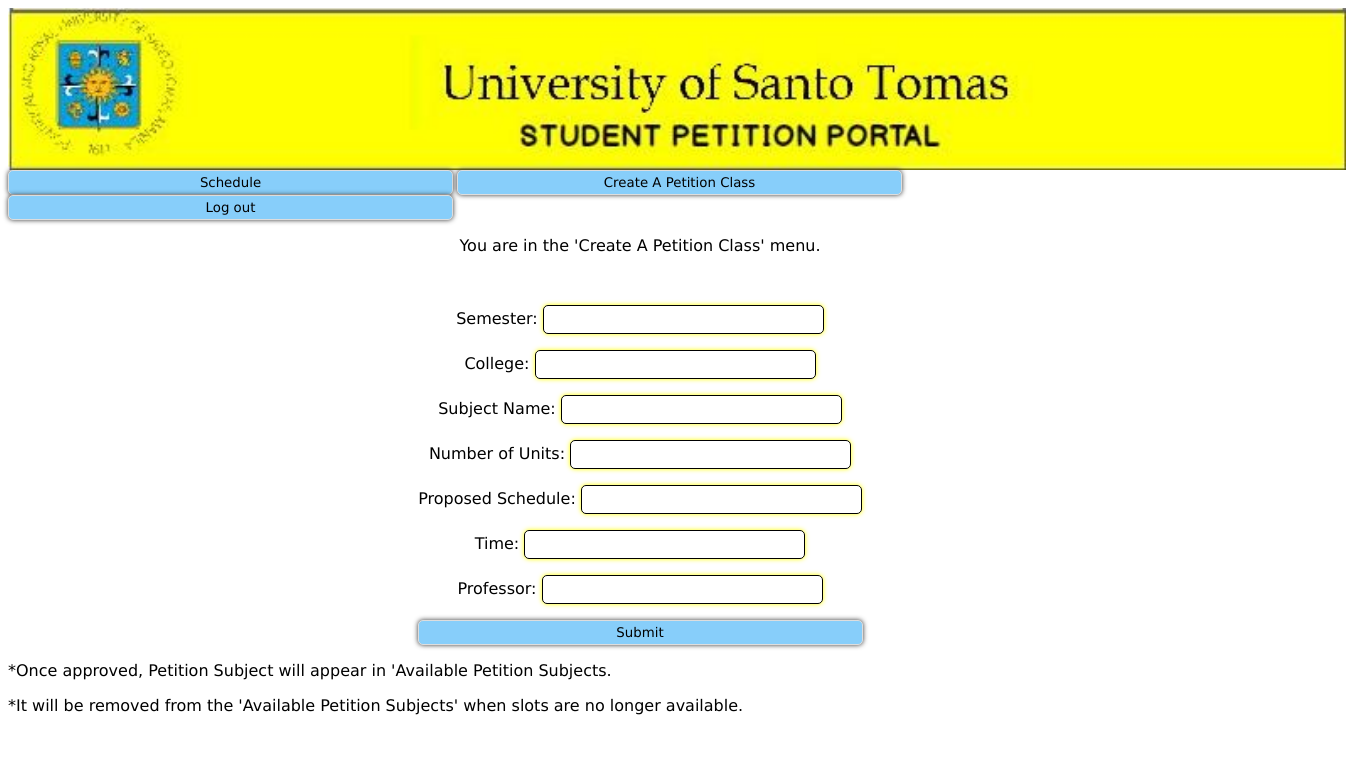
Repository: mawewatistel/PetitioningSystem
Page: http://localhost/SibuloTolentino/create.jsp
An editor plug-in stored every save of this project. The page is shown before and after the next save, followed by the edit.
The browser window is 1280 px wide. The page is 1346 px wide, so the pictures cover 1346 px, including what lies to the right of the window. The pictures show the whole page.
The page is served by Tomcat 9.

Above is the page before, as saved 2016-05-10 04:25:21.

### SibuloTolentino/WebContent/create.jsp
<%@ page language="java" contentType="text/html; charset=ISO-8859-1"
    pageEncoding="ISO-8859-1"%>
<!DOCTYPE html PUBLIC "-//W3C//DTD HTML 4.01 Transitional//EN" "http://www.w3.org/TR/html4/loose.dtd">
<html>
<head>
<meta http-equiv="Content-Type" content="text/html; charset=ISO-8859-1">
<title>Petition class</title>
</head>
<body>
<form action ="petitionclasssubmit.jsp" method = "post">
<img src ="Images/ust.JPG" alt = "Missing Image!=" width = 1338 height= ><br>
<form><input type="submit" name="one" value="Schedule"/>
	<input type="submit" name="two"
			value="Create A Petition Class" >
<input type="submit"  name="three"value="Log out"></form>
<% if (request.getParameter("one") != null) {
    response.sendRedirect("home.jsp");
}
else if (request.getParameter("two") != null) {
    response.sendRedirect("create.jsp");
}
else if (request.getParameter("three") != null) {
    response.sendRedirect("index.jsp");
}
else if (request.getParameter("four") != null) {
    response.sendRedirect("petitionclasssubmit.jsp");
} %>

<center><p>You are in the 'Create A Petition Class' menu.</p></center></br>
<center><p>Semester: <input type="text" name="sem"/></p></center>
<center><p>College: <input type="text" name="college"/></p></center>
<center><p>Subject Name: <input type="text" name="subname"/></p></center>
<center><p>Number of Units: <input type="text" name="units"/></p></center>
<center><p>Proposed Schedule: <input type="text" name="propsched"/></p></center>
<center><p>Time: <input type="text" name="time"/></p></center>
<center><p>Professor: <input type="text" name="prof"/></p></center>
<center><form><input type="submit" name="four" value="Submit"/></center></form>
<p>*Once approved, Petition Subject will appear in 'Available Petition Subjects.</p>
<p>*It will be removed from the 'Available Petition Subjects' when slots are no longer available.</p><br><br>
<style>
h1 {
	font-family: consolas;
	font-size: 300%;
	color: blue;
}

h2 {
	font-family: calibri;
}

input[type="submit"] {
	background: #87CEFA;
	border: 1px double #DDD;
	border-radius: 5px;
	box-shadow: 0 0 5px #333;
	color:;
	outline: none;
	height: 25px;
	width: 445px;
	font-family: "verdana";
	font-color: black;
}

p {
	font-family: "verdana";
}

input[type="text"] {
	background: white;
	border: 1px double black;
	border-radius: 5px;
	box-shadow: 0 0 5px yellow;
	color: black;
	outline: center;
	height: 25px;
	width: 275px;
	font-family: "verdana";
}
</style>
</body>
</html>

After the next save:
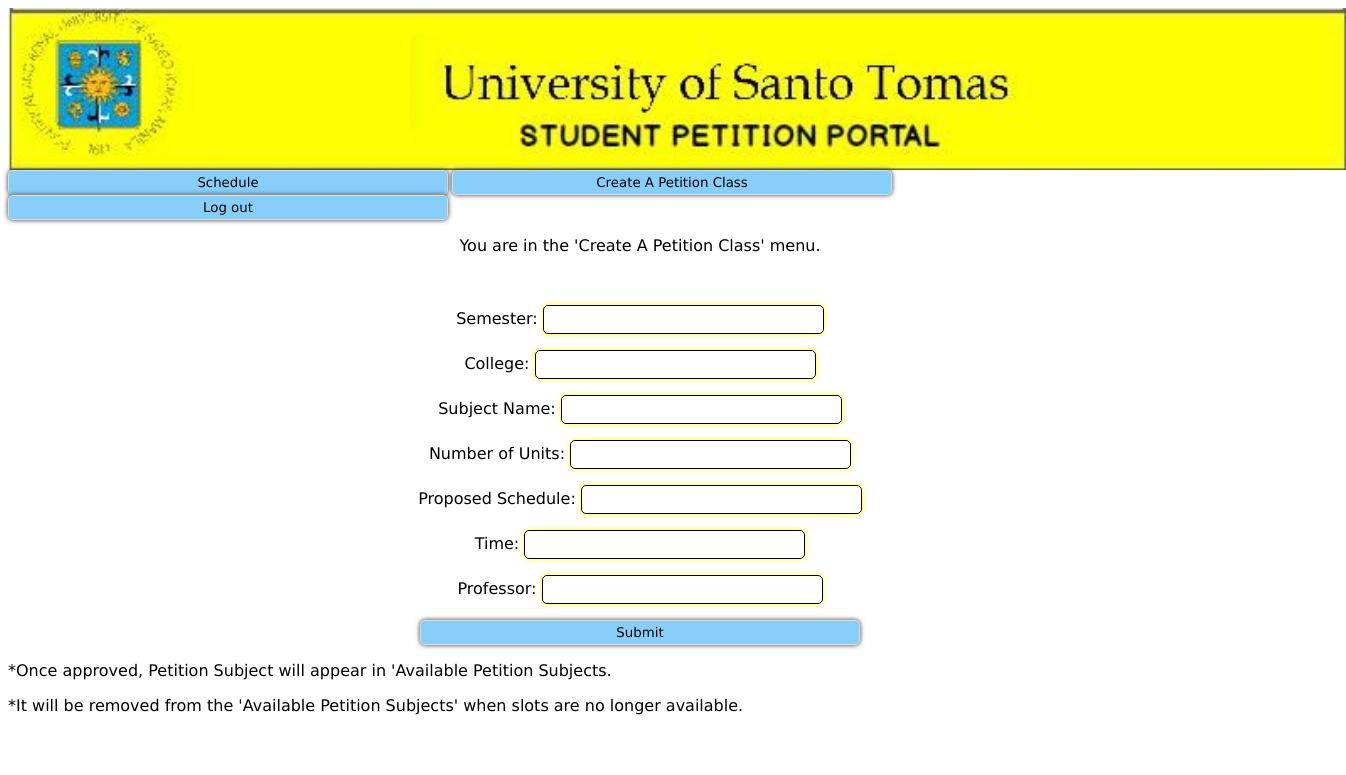
Saved 9 s later.
--- a/SibuloTolentino/WebContent/create.jsp
+++ b/SibuloTolentino/WebContent/create.jsp
@@ -56,7 +56,7 @@
 	color:;
 	outline: none;
 	height: 25px;
-	width: 445px;
+	width: 440px;
 	font-family: "verdana";
 	font-color: black;
 }
